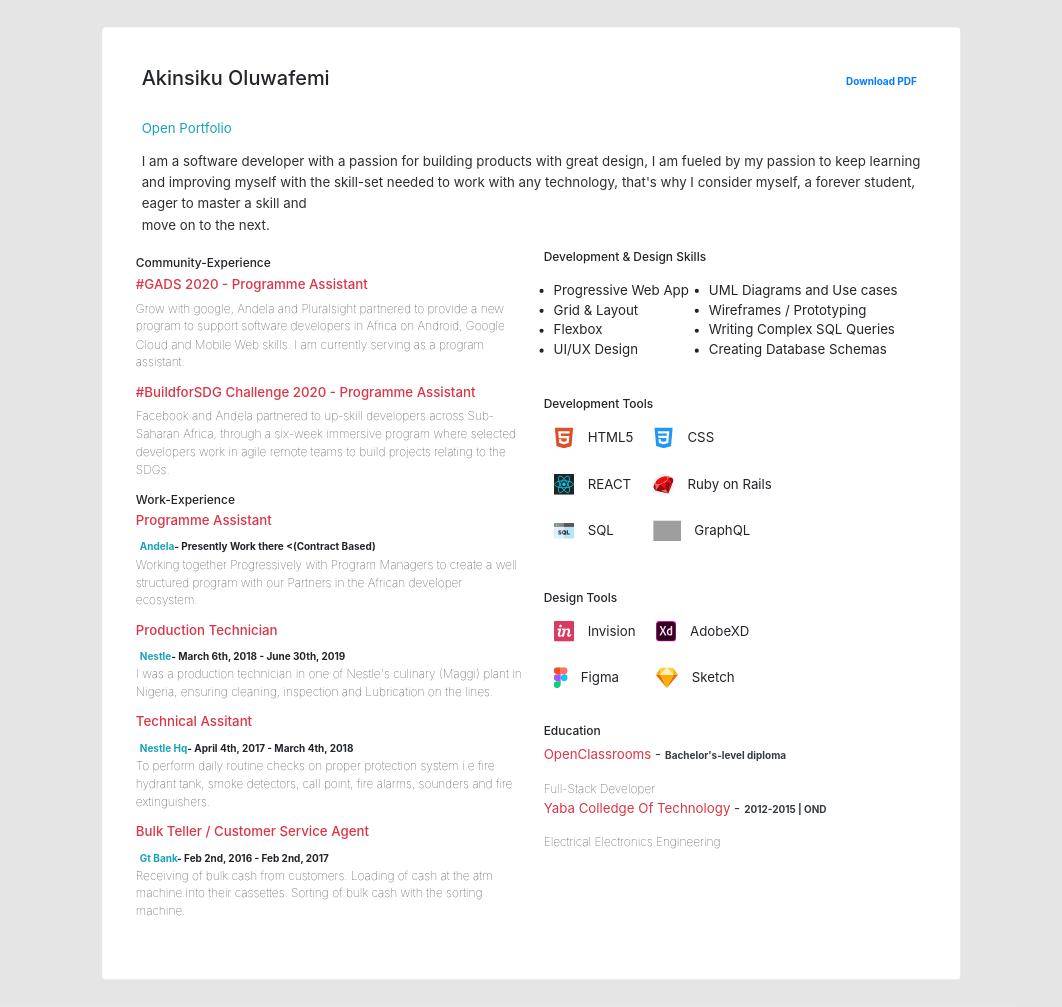
Repository: akinsikuoluwafemi/resume
Page: index.html
An editor plug-in stored every save of this project. The page is shown before and after the next save, followed by the edit.
The browser window is 1280 px wide. The pictures show the whole page, at 83% of full size.
Pictures or frames that could not be fetched are drawn as grey boxes. The style sheet was rebuilt from its Sass, Less or Tailwind sources for each picture, by a compiler version that may differ from the author's.

Above is the page before, as saved 2020-08-26 19:26:10.

### index.html
<!DOCTYPE html>
<html lang="en">

<head>
    <meta charset="UTF-8">
    <meta name="viewport" content="width=device-width, initial-scale=1.0">
    <meta http-equiv="X-UA-Compatible" content="ie=edge">
    <link rel="shortcut icon" type="image/png" href="./images/new-photo.png">

    <link rel="stylesheet" href="https://stackpath.bootstrapcdn.com/bootstrap/4.3.1/css/bootstrap.min.css" integrity="sha384-ggOyR0iXCbMQv3Xipma34MD+dH/1fQ784/j6cY/iJTQUOhcWr7x9JvoRxT2MZw1T"
        crossorigin="anonymous" />
    <link rel="stylesheet" href="./resume.css">

    <title>Akinsiku Oluwafemi - Software Developer</title>
</head>

<body>

   <div class="col-sm-12 col-lg-10 m-auto">
       <!--  -->
        <div class="p-c container border px-3 py-4 px-lg-5 py-lg-5 ">
            <header class="row">
                <div class="col d-flex align-items-center">
                    <h4 class="header__name mr-auto">Akinsiku Oluwafemi</h4>
                    <a href="./images/newresume.pdf" download="Femi_Akinsiku_resume.pdf" class="badge">Download PDF</a>
                </div>
            </header>
            <div class="row mt-4">
                <a href="https://femiakin.com/" target="_blank" class="col text-info">Open Portfolio</a>
            </div>

            <div class="row mt-3">
                <div class="col">
                    <p class="intro">I am a software developer with a passion for building products with great design, I am
                        fueled by my passion to keep learning and improving myself with the skill-set needed to work with
                        any
                        technology,
                        that's why I consider myself, a forever student, eager to master a skill and <br /> move on to the
                        next. </p>
                </div>
            </div>


            <div class="row">

                <div class="col col-lg-6 p-2  ">
                    <div>
                        <h5 class="item__header">Community-Experience</h5>

                        <h6 class="item__job text-danger">#GADS 2020 - Programme Assistant </h6>
                        <p class="item__description">Grow with google, Andela and Pluralsight partnered to provide a new
                            program to support
                            software developers in Africa on Android, Google Cloud and Mobile Web skills. I am currently
                            serving as a
                            program assistant.</p>

                    </div>

                    <div>



                        <h6 class="item__job text-danger">#BuildforSDG Challenge 2020 - Programme Assistant </h6>


                        <p class="item__description">Facebook and Andela partnered to up-skill developers across
                            Sub-Saharan
                            Africa,
                            through a six-week immersive program where selected developers work in agile remote
                            teams to build projects relating to the SDGs.
                        </p>

                    </div>




                    <!-- here -->
                    <div>
                        <h5 class="item__header">Work-Experience</h5>
                        <h6 class="item__job text-danger">Programme Assistant</h6>
                        <span class="badge"><span class="text-info">Andela</span>- Presently Work there <(Contract Based)</span>
                        <p class="item__description">Working together Progressively with Program Managers to create a well structured program with our Partners in the
                        African developer ecosystem.</p>

                    </div>
                    <div>
                        <h6 class="item__job text-danger">Production Technician</h6>
                        <span class="badge"><span class="text-info">Nestle</span>- March 6th, 2018 - June 30th, 2019 </span>
                        <p class="item__description">I was a production technician in one of Nestle's culinary (Maggi)
                            plant in
                            Nigeria,
                            ensuring cleaning, inspection and Lubrication on the lines.</p>

                    </div>
                    <div>
                        <h6 class="item__job text-danger">Technical Assitant</h6>
                        <span class="badge"><span class="text-info">Nestle Hq</span>- April 4th, 2017 - March 4th, 2018</span>
                        <p class="item__description">To perform daily routine checks on proper protection system i.e fire
                            hydrant tank,
                            smoke detectors, call point, fire
                            alarms, sounders and fire extinguishers.
                        </p>

                    </div>
                    <div>
                        <h6 class="item__job text-danger">Bulk Teller / Customer Service Agent</h6>
                        <span class="badge"><span class="text-info">Gt Bank</span>- Feb 2nd, 2016 - Feb 2nd, 2017 </span>
                        <p class="item__description">Receiving of bulk cash from customers.
                            Loading of cash at the atm machine into their cassettes.
                            Sorting of bulk cash with the sorting machine.</p>

                    </div>
                    <!-- here2 -->


                </div>
                <div class="col col-lg-6 ">

                    <div>
                        <h5 class="item__header ">Development & Design Skills</h5>
                        <div class="d-flex ">
                            <ul class="list__item">
                                <li>Progressive Web App</li>
                                <li>Grid & Layout</li>
                                <li>Flexbox</li>
                                <li>UI/UX Design</li>


                            </ul>
                            <ul class="list__item">
                                <li>UML Diagrams and Use cases</li>
                                <li>Wireframes / Prototyping</li>
                                <li>Writing Complex SQL Queries</li>
                                <li>Creating Database Schemas</li>



                            </ul>
                        </div>


                    </div>

                    <div class="item__container">
                        <h5 class="item__header">Development Tools</h5>
                        <div class="d-flex ">
                            <ul class="list__item">
                                <div class="d-flex  mb-3">
                                    <img src="./images/html5.svg" />
                                    <p class="ml-3">HTML5</p>
                                </div>
                                <div class="d-flex  mb-3">
                                    <img src="./images/react-1.svg" />
                                    <p class="ml-3">REACT</p>
                                </div>
                                <div class="d-flex ">
                                    <img src="./images/sql.svg" />
                                    <p class="ml-3">SQL</p>
                                </div>

                            </ul>
                            <ul class="list__item ">
                                <div class="d-flex  mb-3">
                                    <img src="./images/css-3.svg" />
                                    <p class="ml-3">CSS</p>
                                </div>
                                <div class="d-flex  mb-3">
                                    <img src="./images/ruby.svg" />
                                    <p class="ml-3">Ruby on Rails</p>
                                </div>
                                <div class="d-flex ">
                                    <img src="./images/graphql-icon.svg" />
                                    <p class="ml-3">GraphQL</p>
                                </div>


                            </ul>
                        </div>


                    </div>

                    <!-- here -->

                    <div class="item__contain">
                        <h5 class="item__header">Design Tools</h5>
                        <div class="d-flex ">
                            <ul class="list__item">
                                <div class="d-flex mb-3">
                                    <img src="./images/invision.svg" />
                                    <p class="ml-3">Invision</p>
                                </div>
                                <div class="d-flex ">
                                    <img src="./images/figma-1.svg" />
                                    <p class="ml-3">Figma</p>
                                </div>

                            </ul>
                            <ul class="list__item ">
                                <div class="d-flex  mb-3 ">
                                    <img src="./images/adobe-xd-1.svg" />
                                    <p class="ml-3">AdobeXD</p>
                                </div>
                                <div class="d-flex ">
                                    <img src="./images/sketch-2.svg" />
                                    <p class="ml-3">Sketch</p>
                                </div>


                            </ul>
                        </div>


                    </div>
                    <div class="edu">
                        <h5 class="item__header">Education</h5>
                        <p paragraph><a href="https://www.francecompetences.fr/recherche/rncp/27099/" class="text-danger text-info">OpenClassrooms
                            <span class="text-dark">-</span><span class="badge text-dark">Bachelor's-level diploma</span></a></p>

                        <span class="item__description "><a style="color: #212529" href="https://openclassrooms.com/en/paths/104-full-stack-developer">Full-Stack Developer</a></span>

                        <p class="text-danger paragraph pt-2">Yaba Colledge Of Technology <span class="text-dark">-</span><span class="badge text-dark">2012-2015
                                | OND</span></p>
                        <span class="item__description ">Electrical Electronics Engineering</span>


                    </div>



                </div>

            </div>


        </div>

        <!--  -->
   </div>










    <script src="https://code.jquery.com/jquery-3.3.1.slim.min.js" integrity="sha384-q8i/X+965DzO0rT7abK41JStQIAqVgRVzpbzo5smXKp4YfRvH+8abtTE1Pi6jizo"
        crossorigin="anonymous"></script>
    <script src="https://cdnjs.cloudflare.com/ajax/libs/popper.js/1.14.7/umd/popper.min.js" integrity="sha384-UO2eT0CpHqdSJQ6hJty5KVphtPhzWj9WO1clHTMGa3JDZwrnQq4sF86dIHNDz0W1"
        crossorigin="anonymous"></script>
    <script src="https://stackpath.bootstrapcdn.com/bootstrap/4.3.1/js/bootstrap.min.js" integrity="sha384-JjSmVgyd0p3pXB1rRibZUAYoIIy6OrQ6VrjIEaFf/nJGzIxFDsf4x0xIM+B07jRM"
        crossorigin="anonymous"></script>
</body>

</html>

### resume.scss


body {
    background-color: #E5E5E5;

    -webkit-font-smoothing: antialiased;
  -moz-osx-font-smoothing: grayscale;
}

.container {
    margin: 2rem auto;
    background-color: white;
    border-radius: .3rem;
}

.intro {
    font-size: 1rem;
    color: rgba(0,0,0,0.82);
    line-height: 1.6rem;
}


.text-info:hover{
    text-decoration: none;
}

img {
    height: 25px;
}



.item {

     &__contain {
        margin-bottom: 0rem;
        // background: red;
    }

    &__container {
        margin: 1rem 0!important;
    }

    &__dev {
         font-size: .9rem;
        margin-bottom: 1rem;
    }

    &__header {
        font-size: .9rem;
        margin-bottom: .5rem;
    }

    &__description {
        font-weight: 100;
        font-size: .9rem;
    }

}


.list__item {
    padding: 12px;
}

@media (max-width: 576px) {
    br {
        display: none;
    }
 }

 .paragraph {
   padding: 0!important;
 }

After the next save:
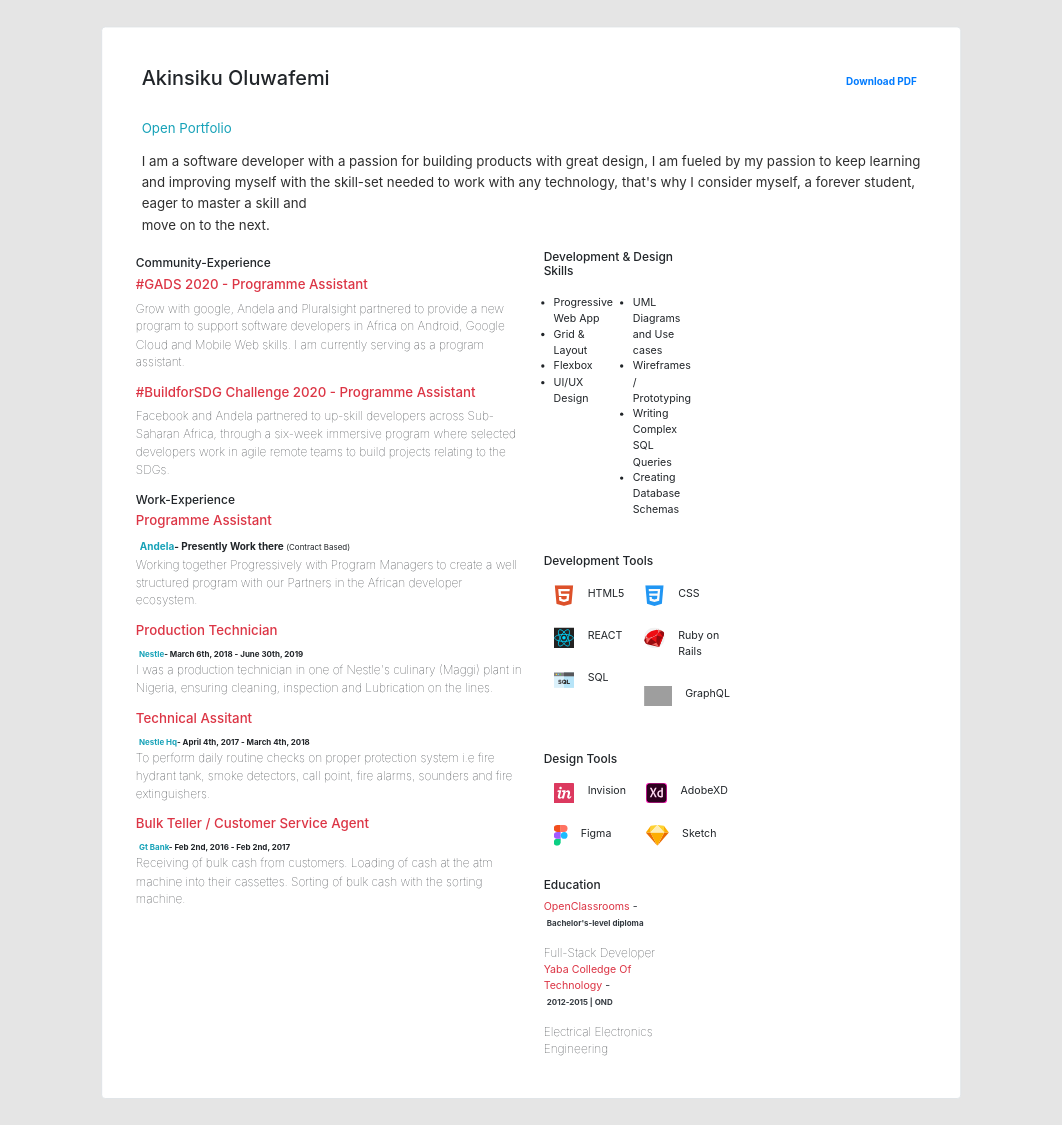
Saved 6 s later.
--- a/index.html
+++ b/index.html
@@ -79,7 +79,7 @@
                     <div>
                         <h5 class="item__header">Work-Experience</h5>
                         <h6 class="item__job text-danger">Programme Assistant</h6>
-                        <span class="badge"><span class="text-info">Andela</span>- Presently Work there <(Contract Based)</span>
+                        <span class="badge"><span class="text-info">Andela</span>- Presently Work there <small>(Contract Based)</span>
                         <p class="item__description">Working together Progressively with Program Managers to create a well structured program with our Partners in the
                         African developer ecosystem.</p>
 

After the save that followed:
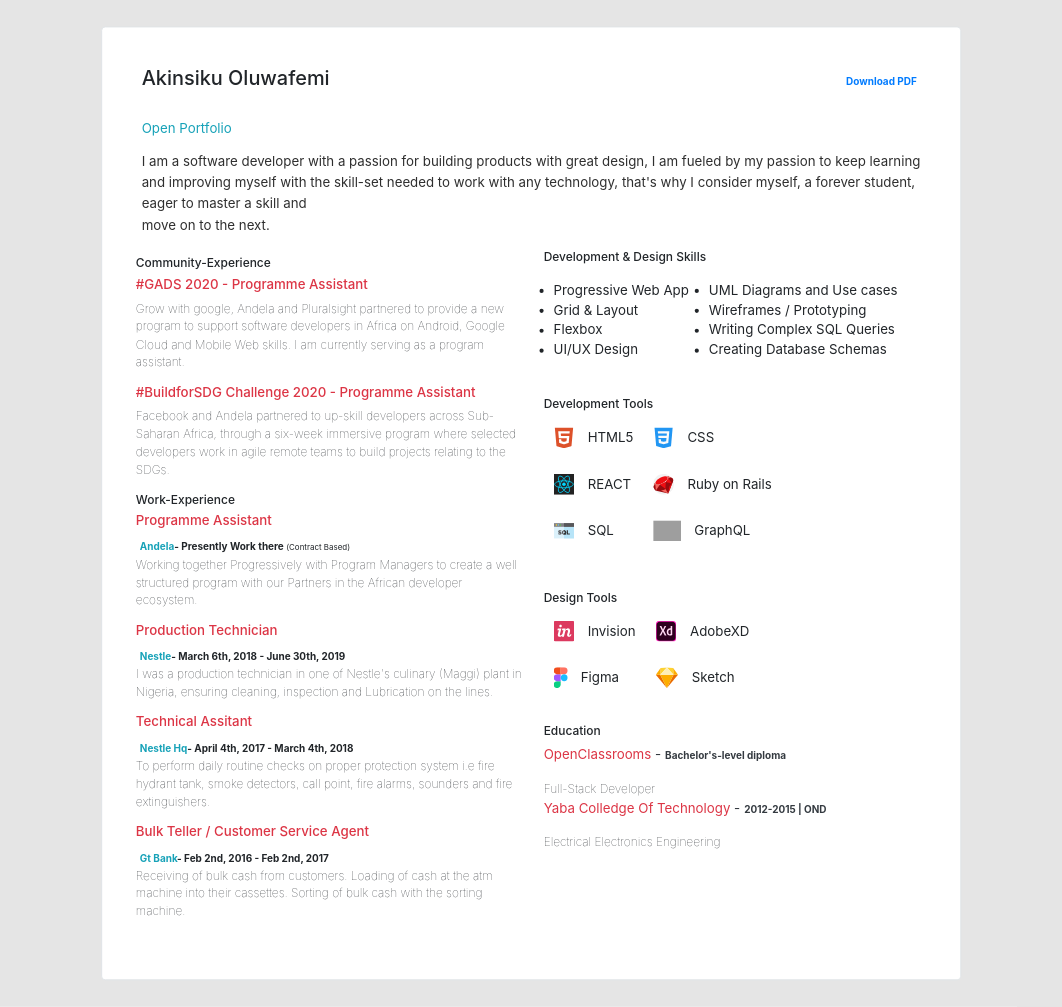
Saved 4 s later.
--- a/index.html
+++ b/index.html
@@ -79,7 +79,7 @@
                     <div>
                         <h5 class="item__header">Work-Experience</h5>
                         <h6 class="item__job text-danger">Programme Assistant</h6>
-                        <span class="badge"><span class="text-info">Andela</span>- Presently Work there <small>(Contract Based)</span>
+                        <span class="badge"><span class="text-info">Andela</span>- Presently Work there <small>(Contract Based)</small></span>
                         <p class="item__description">Working together Progressively with Program Managers to create a well structured program with our Partners in the
                         African developer ecosystem.</p>
 
